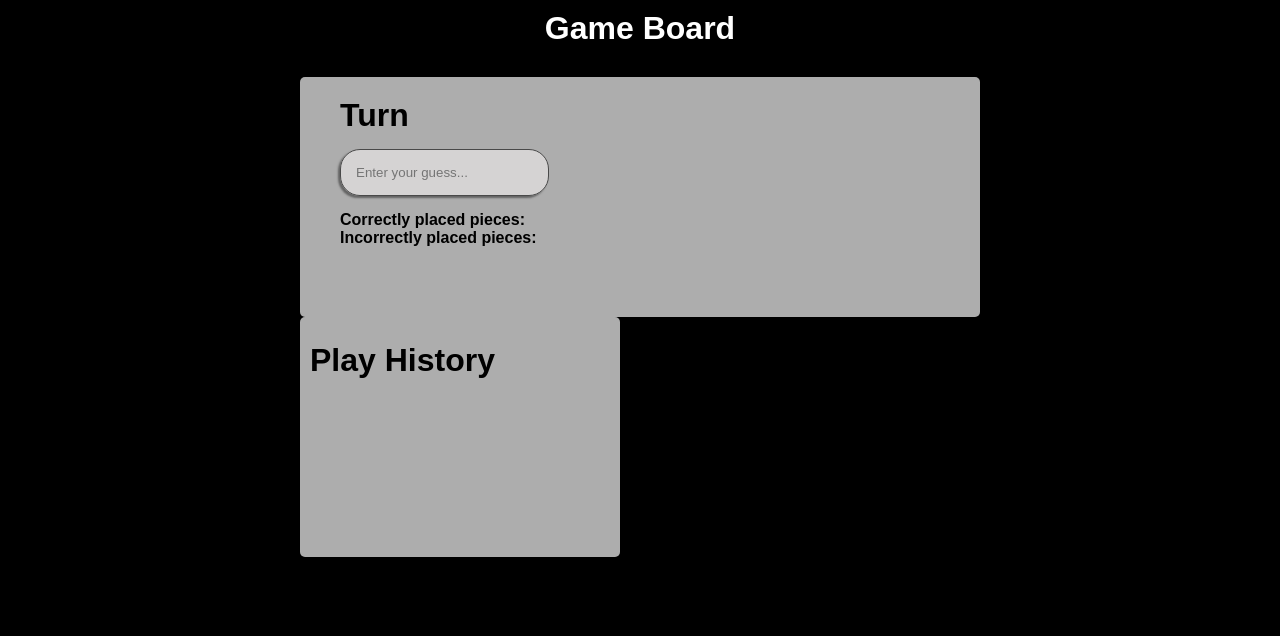
Repository: programmer686/Mastermind-with-Next.js
Page: /, after clicking the first element matching `button.StartScreen_51d34_startscreen__play_button`
These files come from the project's save history. The page is drawn as it stood at one moment and after the next save; the edit follows.
The browser window is 1280 px wide. The pictures show the whole page.
The project was rebuilt for these pictures with package versions that can differ from the ones it lists, and the page was loaded fresh each time. The framework's server and built-in components were replaced by stand-ins that run in the browser. Also part of the build but not shown: next.config.js, src/styles/StartScreen.module.css.

Above is the page before, as saved 2023-07-18 19:48:27.

### src/pages/index.js

import Head from 'next/head'
import Image from 'next/image'
import { Inter } from 'next/font/google'
import styles from '@/styles/Home.module.css'
import StartScreen from '@/comps/StartScreen'
import { useState } from 'react'
import GameBoard from '@/comps/GameBoard'

const inter = Inter({ subsets: ['latin'] })

export default function Home() {
  const [startGame, setStartGame] = useState(true);

  function handleStart() {
    setStartGame(prev => prev ? prev == false : prev == prev);
  }
  return (
    <>
      <Head>
        <title>Create Next App</title>
        <meta name="description" content="Generated by create next app" />
        <meta name="viewport" content="width=device-width, initial-scale=1" />
        <link rel="icon" href="/favicon.ico" />
      </Head>
     <main className={styles.index__body}>
        {startGame ? <StartScreen handleStart={handleStart}/> : <GameBoard/>}
     </main>
    </>
  )
}

### src/styles/Home.module.css


.index__body {
  margin: 0;
  padding: 0;
  box-sizing: border-box;
  width: 100vw;
  height: 100vh;
  background-color: black;
}

### src/comps/StartScreen.js
import styles from '@/styles/StartScreen.module.css'

export default function StartScreen(props) {
    return (
        <main className={styles.startscreen__body}>
            <p className={styles.startscreen__game_name}>Mastermind Game</p>
            <button onClick={props.handleStart} className={styles.startscreen__play_button}>Play Game</button>
        </main>
    )
}

### src/comps/GameBoard.js
import styles from '@/styles/GameBoard.module.css'
import PastPlay from './PastPlay'
import GamePlay from './GamePlay'
import { useState } from 'react'
import StartScreen from './StartScreen'

export default function GameBoard() {





    return (
        <main>
            <div className={styles.GameBoard__header}>
                <h1 className={styles.GameBoard__name}>Game Board</h1>
            </div>
            <div className={styles.GameBoard__body}>
                {/* <PastPlay playHistory={playHistory}/> */}
                <GamePlay/>
            </div>
        </main>
    )

}

### src/styles/GameBoard.module.css
.GameBoard__header {
    width: 100%;
    padding: 10px 0px;
    text-align: center;
}

.GameBoard__body {
    width: 100%;
    padding: 20px 0px;
    display: flex;
    justify-content: space-around;
    align-items: center;
}

.GameBoard__name {
    font-weight: bolder;
    font-family: Arial, Helvetica, sans-serif;
    color: white;
}

.GameBoard__tomany {
    font-weight: 700;
    font-weight: bolder;
    font-family: Arial, Helvetica, sans-serif;
    color: red;
}

### src/comps/PastPlay.js
import styles from '@/styles/PastPlay.module.css'

export default function PastPlay(props) {

    const pastPlayHistory = props.playHistory.map(item => {
        return (
        <main>
            <div className={styles.PastPlay__results_body}>
                <p className={styles.PastPlay__name}>Correctly placed pieces: {item[0]}</p>
                <p className={styles.PastPlay__name}>Incorrectly placed pieces: {item[1]}</p>
            </div>
        </main>
        )
    })


    return (
        <main className={styles.PastPlay__board}>
            <h1 className={styles.PastPlay__name}>Play History</h1>
            {pastPlayHistory}
        </main>
    )
}

### src/comps/GamePlay.js
import styles from '@/styles/GamePlay.module.css'
import { useState } from 'react';
import Logic from './Logic';
import Results from './Results';
import PastPlay from './PastPlay';

export default function GamePlay(props) {
    const [userInput, setUserInput] = useState("")
    const [guessResults, setGuessResult] = useState([]);
    const [playHistory, setPlayHistory] = useState([]);

    function getUserValue(event) {
        if (!(/[a-zA-Z]/gi.test(event.target.value)) && event.target.value.length <= 4) {
            setUserInput(event.target.value);
        }
    }


  function submitUserInput(event) {
    if (event.key === "Enter") {
        event.preventDefault();
        setUserInput(userInput);
        let results = Logic(userInput, '1234');
        setGuessResult(results);
        setPlayHistory(prev => [...prev, results])
    }
  };

    return (
        <main>
            <div className={styles.GamePlay__board }>
                <h1 className={styles.GamePlay__title}>Turn</h1>
                <form>
                    <input
                        className={styles.GamePlay__userInput_btn}
                        value={userInput}
                        id="user_input"
                        type="text"
                        onChange={getUserValue}
                        onKeyDown={submitUserInput}
                        placeholder="Enter your guess..."
                    />
                </form>
                <Results correctly_placed={guessResults[0]} incorretly_placed={guessResults[1]}/>
            </div>

         <PastPlay playHistory={playHistory}/>

        </main>
    )
}

### src/styles/PastPlay.module.css
.PastPlay__board {
    max-width: 300px;
    border-radius: 5px;
    min-height: 200px;
    background: rgb(173, 173, 173);
    padding: 20px 10px;
}

.PastPlay__results_body {
    padding: 10px 5px;
    width: fit-content;
    border-bottom: 1px solid black;
}

.PastPlay__name {
    margin: 5px 0px;
    font-weight: bolder;
    font-family: Arial, Helvetica, sans-serif;

    color: black;
}

### src/styles/GamePlay.module.css
.GamePlay__board {
    padding: 20px 40px;
    width: 600px;
    border-radius: 5px;
    min-height: 200px;
    background: rgb(173, 173, 173);
}

.GamePlay__title {
    font-weight: bolder;
    font-family: Arial, Helvetica, sans-serif;
    color: black;
}

.GamePlay__error {
    font-size: 14px;
    font-weight: bolder;
    font-family: Arial, Helvetica, sans-serif;
    color: red;
}

.GamePlay__userInput_btn {
    background: rgba(245, 241, 241, 0.568)0000;
    padding: 15px;
    margin: 15px 0px;
    border: 1px solid rgb(73, 73, 73);
    box-shadow: -2px 2px 2px rgb(99, 99, 99);
    border-radius: 20px;
}

### src/comps/Logic.js
export default function Logic(user_input, code) {
    let right_placed_pieces = 0;
    let wrong_placed_pieces = 0;

    for (let i = 0; i < 4; i++) {
        let indexCode = code.indexOf(code[i]);
        let indexUser = code.indexOf(user_input[i]);

        if (code.includes(user_input[i]) && indexCode == indexUser) {
            right_placed_pieces++;
        } else if (code.includes(user_input[i]) ) {
            wrong_placed_pieces++;
        }
    }

    return [right_placed_pieces, wrong_placed_pieces];
}

### src/comps/Results.js
import styles from '@/styles/Results.module.css'

export default function Results(props) {
    return (
        <main>
            <p className={styles.Results__p_results}>Correctly placed pieces: {props.correctly_placed}</p>
            <p className={styles.Results__p_results}>Incorrectly placed pieces: {props.incorretly_placed}</p>
        </main>
    )
}

### src/styles/Results.module.css
.Results__p_results {
    font-weight: 700;
    font-weight: bolder;
    font-family: Arial, Helvetica, sans-serif;
}

Loaded but not shown: src/pages/_app.js (common file); src/pages/_document.js (common file); src/styles/globals.css (common file)

After the next save:
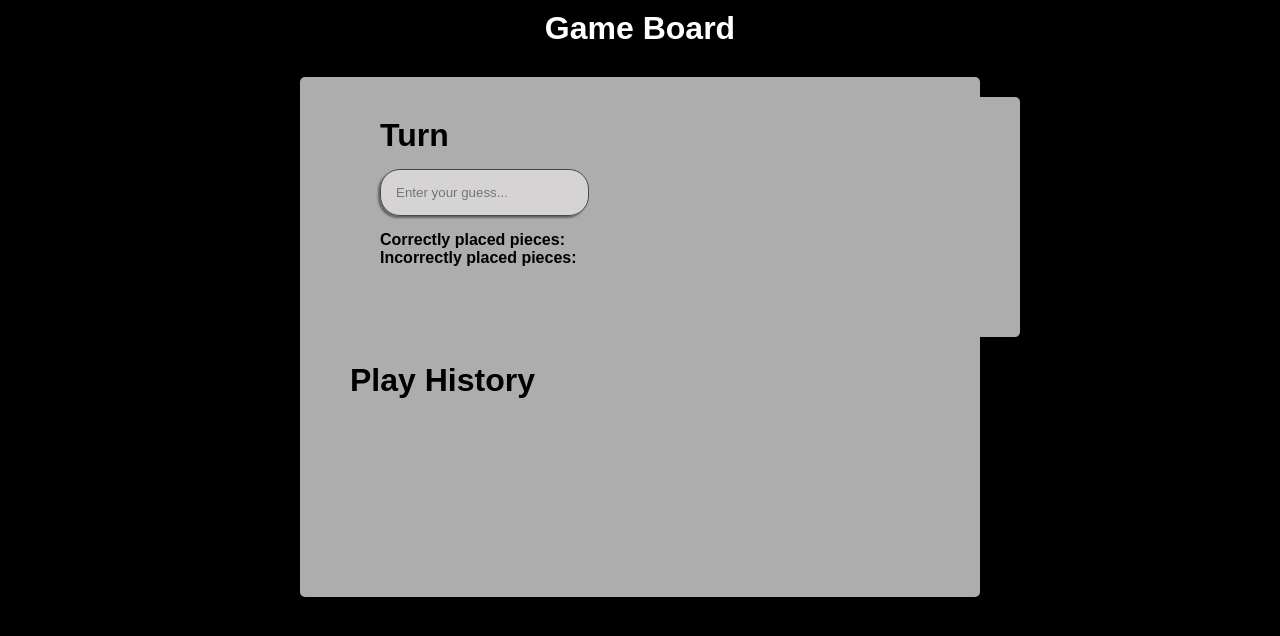
Saved 30 s later.
--- a/src/comps/GamePlay.js
+++ b/src/comps/GamePlay.js
@@ -27,7 +27,7 @@ export default function GamePlay(props) {
   };
 
     return (
-        <main>
+        <main className={styles.GamePlay__board}>
             <div className={styles.GamePlay__board }>
                 <h1 className={styles.GamePlay__title}>Turn</h1>
                 <form>
